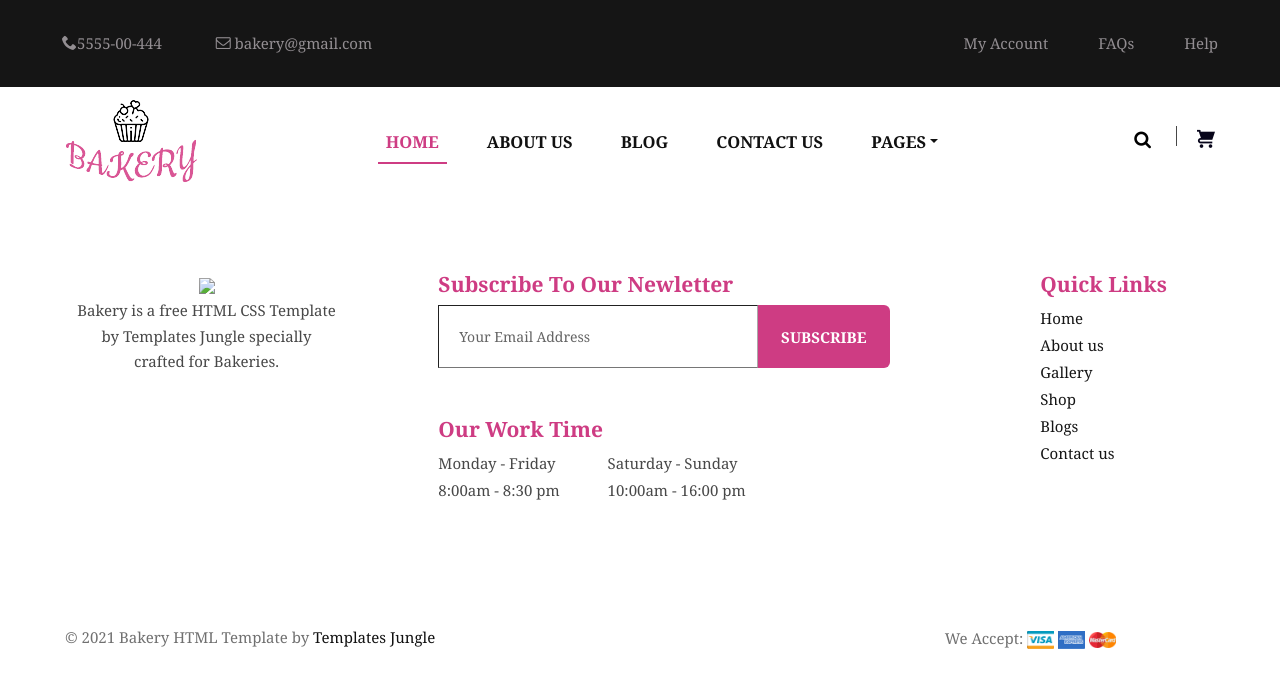
Repository: AlaaBashirSaijary/Barky
Page: http://localhost/index
An editor plug-in stored every save of this project. The page is shown before and after the next save, followed by the edit.
The browser window is 1280 px wide. The pictures show the whole page.
Some web fonts or font styles are not loaded; a fallback is used. The page is served by the project's Laravel application, run on PHP 8.4 with Laravel 10. Other server files are loaded and not shown.

Above is the page before, as saved 2023-12-15 02:41:58.

### routes/web.php
<?php

use Illuminate\Support\Facades\Route;
use App\Http\Controllers\ProudctController;
use App\Http\Controllers\HomeController;
use App\Http\Controllers\CardController;
use App\Http\Controllers\PagesController;



/*
|--------------------------------------------------------------------------
| Web Routes
|--------------------------------------------------------------------------
|
| Here is where you can register web routes for your application. These
| routes are loaded by the RouteServiceProvider and all of them will
| be assigned to the "web" middleware group. Make something great!
|
*/

Route::get('/', function () {
    return view('welcome');
});
Route::get('/home', function () {
    return view('home');
});
Route::view('/welcome', 'welcome');

Route::view('/hello', 'home', ['name' => 'Taylor',"id"=>1]);
Route::get('/proudct/{id}', function (string $id) {
    return view('proudct',["id"=>$id]);
});
Route::get('/user/{id}', function (string $id) {
    return 'User '.$id;
});
Route::get('/user/{name?}', function (?string $name = null) {
    return $name;
});

Route::get('/user/{name?}', function (?string $name = 'John') {
    return $name;
});
Route::get('/user/{id}/{name}', function (string $id, string $name) {
    // ...
})->whereNumber('id')->whereAlpha('name');

Route::get('/user/{name}', function (string $name) {
    // ...
})->whereAlphaNumeric('name');

Route::get('/user/{id}', function (string $id) {
    // ...
})->whereUuid('id');
Route::view('/h', 'proudct');
Route::get(
    '/proudct/{name}',
    [ProudctController::class, 'getProudct']
);
Route::get(
    '/proudcts',
    [ProudctController::class, 'getProudcts']
);
Route::get(
    '/card',
    [CardController::class, 'getCard']
);
Route::resource('photos', HomeController::class);
Route::get(
    '/index',
    [PagesController::class, 'getPages']
);
Route::get(
    '/home',
    [PagesController::class, 'getPages']
);

### app/Http/Controllers/PagesController.php
<?php

namespace App\Http\Controllers;

use Illuminate\Http\Request;

class PagesController extends Controller
{
    //
    public function getPages(){
        return view("pages.home");
    }
}

### resources/views/pages/home.blade.php
@extends("master.app")
@section("content")
@endsection

### resources/views/master/app.blade.php
<!DOCTYPE html>
	<html>
	<head>
		<title>Bakery</title>
		<meta charset="utf-8">
	    <meta http-equiv="X-UA-Compatible" content="IE=edge">
	    <meta name="viewport" content="width=device-width, initial-scale=1.0">
	    <meta name="format-detection" content="telephone=no">
	    <meta name="apple-mobile-web-app-capable" content="yes">
	    <meta name="author" content="">
	    <meta name="keywords" content="">
	    <meta name="description" content="">
	    <link rel="stylesheet" type="text/css" href={{ asset("fonts/icomoon/icomoon.css") }}>
	    <link rel="stylesheet" type="text/css" href={{ asset("css/slick.css") }}>
		<link rel="stylesheet" type="text/css" href={{ asset("css/slick-theme.css") }}>
		<link rel="stylesheet" type="text/css" href={{ asset("css/magnific-popup.css") }}>

        <link rel="preconnect" href="https://fonts.googleapis.com">
		<link rel="preconnect" href="https://fonts.gstatic.com" crossorigin>

		<link href="https://fonts.googleapis.com/css2?family=Merriweather:ital,wght@0,400;0,700;1,400;1,700&display=swap" rel="stylesheet">

		<link rel="stylesheet" type="text/css" href={{ asset("css/bootstrap.min.css") }}>
	    <link rel="stylesheet" type="text/css" href={{ asset("css/style.css") }}>

	</head>

<body>


@include("master.header")
@yield("content")
@include("master.footer")


	<script src={{ asset("js/jquery-1.11.0.min.js") }}></script>
	<script type="text/javascript" src={{ asset("js/bootstrap.bundle.min.js") }}></script>
	<script type="text/javascript" src={{ asset("js/slick.min.js") }}></script>
	<script type="text/javascript" src={{ asset("js/jquery.magnific-popup.min.js") }}></script>
	<script type="text/javascript" src={{ asset("js/script.js") }}></script>

</body>
</html>

### resources/views/master/header.blade.php

<div id="main-wrapper" class="overflow-hidden">
	<div id="header-wrap">
	<div class="header-top-menu bg-black color-secondary">
		<div class="container">
			<div class="row">
				<div class="wrap flex-container padding-small">
				<div class="contact-block">
					<span class="pr-50"><i class="icon icon-phone"></i>5555-00-444</span>
					<span class="color-secondary"><i class="icon icon-envelope-o"></i><a href="#"> bakery@gmail.com</a></span>
				</div>

				<div class="header-top-right">
					<ul class="list-unstyled d-flex color-secondary">
						<li class="pr-50"><a href="#">My Account</a></li>
						<li class="pr-50"><a href="#">FAQs</a></li>
						<li><a href="#">Help</a></li>
					</ul>
				</div>
				</div><!--flex-container-->
			</div>
		</div>
	</div><!----top-menu---->

	<header id="header">
		<div class="container">
			<div class="row">

				<nav class="navbar navbar-expand-lg col-md-12">

					<div class="navbar-brand">
						<a href="index.html">
							<img src={{ asset("images/main-logo.png") }} alt="logo">
						</a>
					</div>

					<button class="navbar-toggler collapsed" type="button" data-toggle="collapse" data-target="#slide-navbar-collapse" aria-controls="slide-navbar-collapse" aria-expanded="false" aria-label="Toggle navigation">
						<span class="navbar-toggler-icon"><i class="icon icon-navicon"></i></span>
					</button>

					<div class="navbar-collapse collapse" id="slide-navbar-collapse">
						<ul class="navbar-nav list-inline text-uppercase">
							<li class="nav-item text-hover active"><a href="index.html" class="nav-link" data-effect="Home">Home</a></li>
							<li class="nav-item text-hover"><a href="about.html" class="nav-link" data-effect="About Us">About us</a></li>
							<li class="nav-item text-hover"><a href="blog.html" class="nav-link" data-effect="Blogs">Blog</a></li>
							<li class="nav-item text-hover"><a href="contact.html" class="nav-link" data-effect="Contact">Contact us</a></li>

							<li class="nav-item dropdown">
								<a href="#" data-bs-toggle="dropdown" aria-expanded="false" class="nav-link dropdown-toggle">Pages</a>
								<ul class="dropdown-menu">
									<li><a href="about.html" class="dropdown-item">About us</a></li>
									<li><a href="blog.html" class="dropdown-item">Blog</a></li>
									<li><a href="single-post.html" class="dropdown-item">Single Post</a></li>
									<li><a href="contact.html" class="dropdown-item">Contact us</a></li>
									<li><a href="shop.html" class="dropdown-item">Shop</a></li>
									<li><a href="single-product.html" class="dropdown-item">Single Product</a></li>
								</ul>
							</li>

						</ul>
					</div>

					<div class="action-menu">
						<div class="searchbar">
							<a href="#" class="search-button search-toggle" data-selector=".navbar">
								<i class="icon icon-search"></i>
							</a>
							<form role="search" method="get" class="search-box" action="">
								<input class="search-field text search-input" placeholder="Search" type="search">
							</form>
						</div>
						<div class="shopping-cart">
							<a href="#">
								<i class="icon icon-shopping-cart"></i>
							</a>
						</div>
					</div><!--action-menu-->

				</nav>

			</div>
		</div>

	</header>

</div><!--header-wrap-->

### resources/views/master/footer.blade.php
<footer id="footer">
	<div class="container">
		<div class="row">
			<div class="wrap flex-container">

			<div class="col-md-3 footer-logo text-center mb-3">
				<img src={{ asset("images/main-logo.png" ) }}class="mb-3">
				<p>Bakery is a free HTML CSS Template by Templates Jungle specially crafted for Bakeries.</p>
			</div>

			<div class="col-md-5 mr-5 mb-3">
				<div class="widget-newsletter mb-5">
					<h4 class="widget-title">Subscribe To Our Newletter</h4>
					<div class="newsletter-button d-flex">
						<input type="text" name="Subscribe" placeholder="Your Email Address">
						<button class="btn-hvr-effects">Subscribe</button>
					</div>

				</div><!--widget-newsletter-->

				<div class="working-schedule">
					<h4 class="widget-title">Our Work Time</h4>
					<div class="time-list d-flex">
						<ul class="list-unstyled mr-5">
							<li>Monday - Friday</li>
							<li>8:00am - 8:30 pm</li>
						</ul>
						<ul class="list-unstyled">
							<li>Saturday - Sunday</li>
							<li>10:00am - 16:00 pm</li>
						</ul>
					</div>
				</div>
			</div><!--col-md-4-->

			<div class="col-md-2">
				<div class="quick-links">
					<h4 class="widget-title">Quick Links</h4>
					<div class="footer-menu">
						<ul class="list-unstyled">
							<li><a href="#">Home</a></li>
							<li><a href="about.html">About us</a></li>
							<li><a href="#">Gallery</a></li>
							<li><a href="#">Shop</a></li>
							<li><a href="blog.html">Blogs</a></li>
							<li><a href="contact.html">Contact us</a></li>
						</ul>
					</div>
				</div>
			</div>

			</div><!--flex-container-->

		</div>
	</div>
</footer>

<div class="footer-bottom">
	<div class="container">
		<div class="wrap flex-container padding-small">
			<div class="copyright">
				<p class="mb-0">© 2021 Bakery HTML Template by <a href="https://templatesjungle.com/" target="_blank">Templates Jungle</a></p>
			</div>
			<div class="payment-card">
				<span>We Accept:</span>
				<img src={{asset("images/visa.png")  }} class="cardImg">
				<img src={{asset("images/american-express.png")  }} class="cardImg">
				<img src={{asset("images/master-card.png")  }} class="cardImg">
			</div>
		</div>
	</div>
</div>

### public/fonts/icomoon/icomoon.css
@font-face {
  font-family: 'icomoon';
  src:  url('fonts/icomoon.eot?3bsgu4');
  src:  url('fonts/icomoon.eot?3bsgu4#iefix') format('embedded-opentype'),
    url('fonts/icomoon.ttf?3bsgu4') format('truetype'),
    url('fonts/icomoon.woff?3bsgu4') format('woff'),
    url('fonts/icomoon.svg?3bsgu4#icomoon') format('svg');
  font-weight: normal;
  font-style: normal;
  font-display: block;
}

[class^="icon-"], [class*=" icon-"] {
  /* use !important to prevent issues with browser extensions that change fonts */
  font-family: 'icomoon' !important;
  speak: never;
  font-style: normal;
  font-weight: normal;
  font-variant: normal;
  text-transform: none;
  line-height: 1;

  /* Better Font Rendering =========== */
  -webkit-font-smoothing: antialiased;
  -moz-osx-font-smoothing: grayscale;
}

.icon-arrow-thin-left:before {
  content: "\e900";
}
.icon-arrow-thin-right:before {
  content: "\e901";
}
.icon-menu:before {
  content: "\e902";
}
.icon-shopping-cart:before {
  content: "\e903";
}
.icon-cost-dates:before {
  content: "\e911";
}
.icon-search:before {
  content: "\f002";
}
.icon-envelope-o:before {
  content: "\f003";
}
.icon-star:before {
  content: "\f005";
}
.icon-star-o:before {
  content: "\f006";
}
.icon-th:before {
  content: "\f00a";
}
.icon-th-list:before {
  content: "\f00b";
}
.icon-search-plus:before {
  content: "\f00e";
}
.icon-map-marker:before {
  content: "\f041";
}
.icon-chevron-left:before {
  content: "\f053";
}
.icon-chevron-right:before {
  content: "\f054";
}
.icon-calendar:before {
  content: "\f073";
}
.icon-linkedin-square:before {
  content: "\f08c";
}
.icon-twitter1:before {
  content: "\f099";
}
.icon-facebook1:before {
  content: "\f09a";
}
.icon-facebook-f:before {
  content: "\f09a";
}
.icon-bars:before {
  content: "\f0c9";
}
.icon-navicon:before {
  content: "\f0c9";
}
.icon-reorder:before {
  content: "\f0c9";
}
.icon-caret-right:before {
  content: "\f0da";
}
.icon-envelope:before {
  content: "\f0e0";
}
.icon-linkedin:before {
  content: "\f0e1";
}
.icon-angle-double-up:before {
  content: "\f102";
}
.icon-angle-double-down:before {
  content: "\f103";
}
.icon-angle-left:before {
  content: "\f104";
}
.icon-angle-right:before {
  content: "\f105";
}
.icon-angle-up:before {
  content: "\f106";
}
.icon-angle-down:before {
  content: "\f107";
}
.icon-youtube:before {
  content: "\f167";
}
.icon-instagram:before {
  content: "\f16d";
}
.icon-pinterest-p:before {
  content: "\f231";
}
.icon-phone:before {
  content: "\e942";
}
.icon-calendar1:before {
  content: "\e953";
}
.icon-mobile:before {
  content: "\e958";
}
.icon-bubble:before {
  content: "\e96b";
}
.icon-google:before {
  content: "\ea88";
}
.icon-google-plus:before {
  content: "\ea8b";
}
.icon-facebook:before {
  content: "\ea90";
}
.icon-twitter:before {
  content: "\ea96";
}
.icon-linkedin2:before {
  content: "\eaca";
}

Loaded but not shown: app/Http/Controllers/Controller.php (common file); public/css/slick.css (common file); public/css/slick-theme.css (library); public/css/magnific-popup.css (library); public/css/bootstrap.min.css (library); public/js/jquery-1.11.0.min.js (library); public/js/bootstrap.bundle.min.js (library); public/js/slick.min.js (library); public/js/jquery.magnific-popup.min.js (library); public/css/style.css (6842 lines, source omitted)

After the next save:
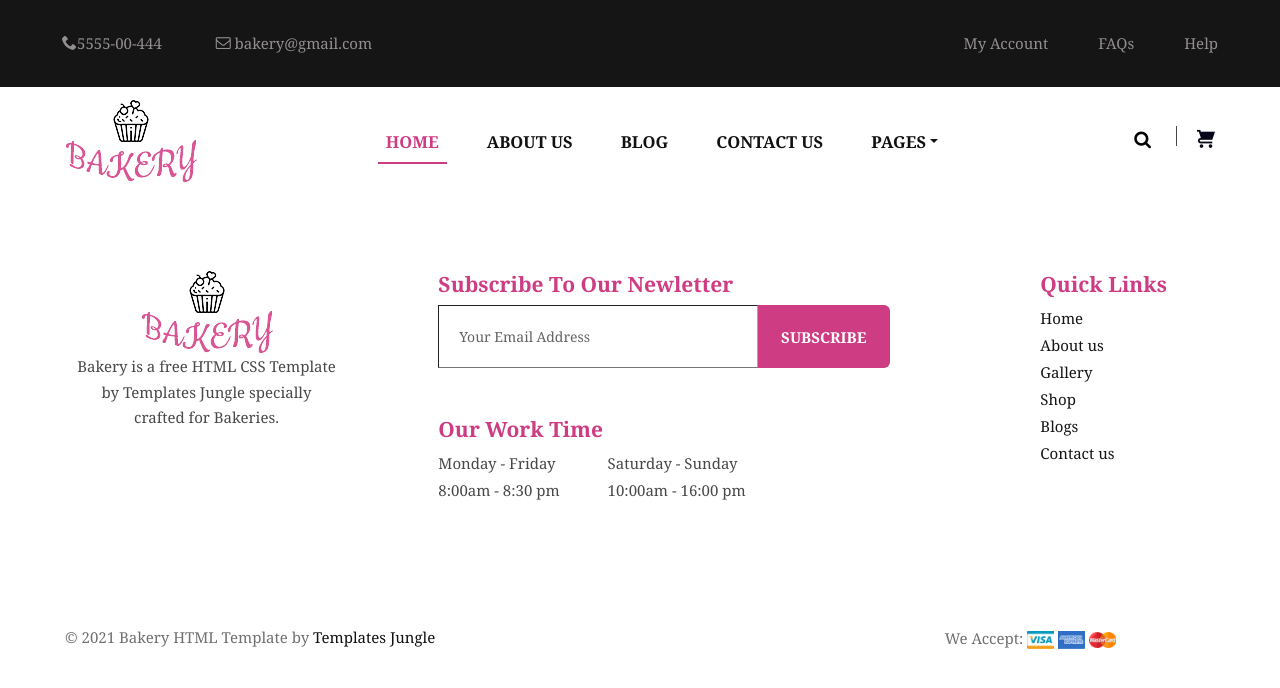
Saved 2 min 43 s later.
--- a/resources/views/master/footer.blade.php
+++ b/resources/views/master/footer.blade.php
@@ -4,7 +4,7 @@
 			<div class="wrap flex-container">
 
 			<div class="col-md-3 footer-logo text-center mb-3">
-				<img src={{ asset("images/main-logo.png" ) }}class="mb-3">
+				<img src="images/main-logo.png" ) }}class="mb-3">
 				<p>Bakery is a free HTML CSS Template by Templates Jungle specially crafted for Bakeries.</p>
 			</div>
 
